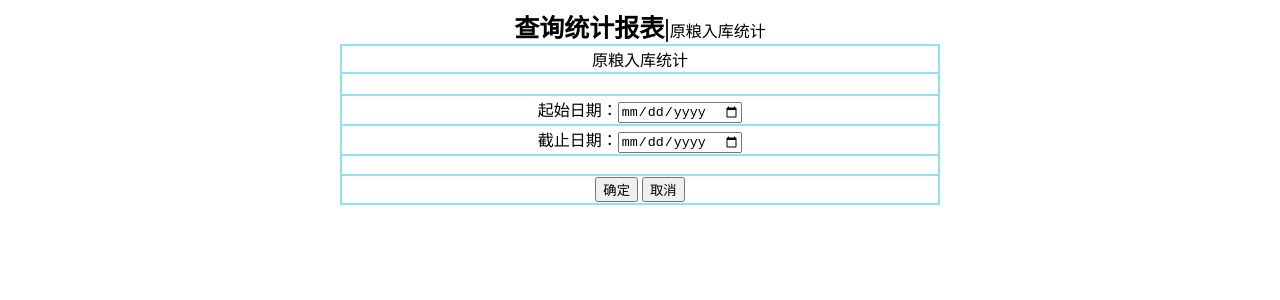
Repository: yuxingyan/OneCrewFlour
Page: http://localhost/Flour/inquireinstore.jsp
These files come from the project's save history. The page is drawn as it stood at one moment and after the next save; the edit follows.
The browser window is 1280 px wide. The pictures show the whole page.
The page is served by Tomcat 9. Nobody is signed in. The application's start-up code is not run.

Above is the page before, as saved 2018-01-11 07:23:07.

After the next save:
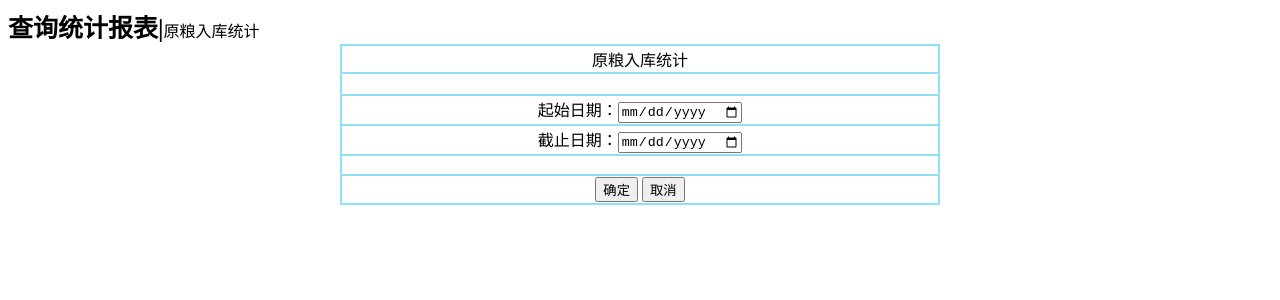
Saved 29 s later.
--- a/Flour/WebRoot/inquireinstore.jsp
+++ b/Flour/WebRoot/inquireinstore.jsp
@@ -48,10 +48,10 @@ String basePath = request.getScheme()+"://"+request.getServerName()+":"+request.
 </script>
   </head>
 
-  <body>
+  <body>   <strong style="font-size:25px">查询统计报表|</strong>原粮入库统计
   <center>
      <form name="form1" id="form1" action="inquireinstore" method="post">
-     <strong style="font-size:25px">查询统计报表|</strong>原粮入库统计
+
      <table border="1" width="600" cellspacing="0" bordercolor="#8EE1F6">
 
     <tr height="20px"><td align="center" colspan="4" >原粮入库统计</td></tr>
